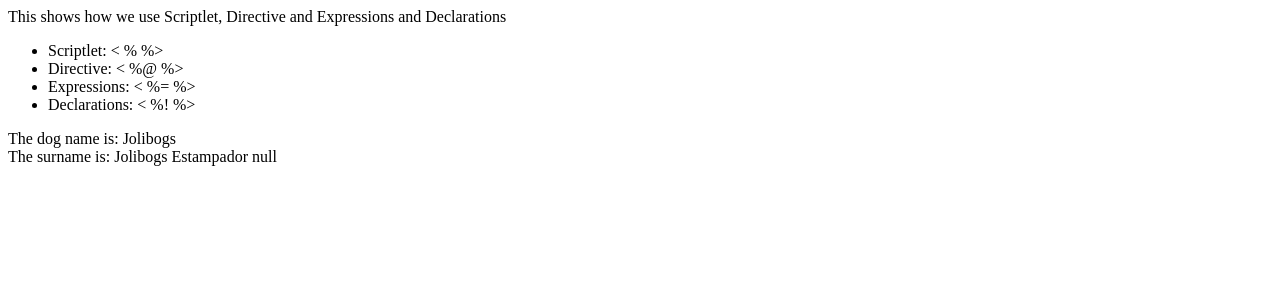
Repository: joliest/MyGits
Page: http://localhost/Basic_JSPs/scriptlet.jsp
These files come from the project's save history. The page is drawn as it stood at one moment and after a run of saves; the edit follows.
The browser window is 1280 px wide. The pictures show the whole page.
The page is served by Tomcat 9.

Above is the page before, as saved 2018-02-28 14:16:24.

After the next 2 saves:
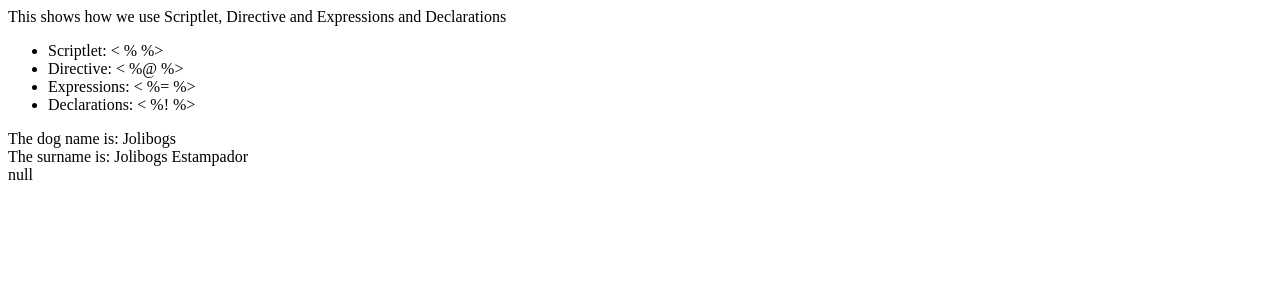
The 2 saves are shown as one change because 1 did not build or start.
The last was saved 117 s later.
--- a/Java/JSP Examples/Basic JSPs/WebContent/scriptlet.jsp
+++ b/Java/JSP Examples/Basic JSPs/WebContent/scriptlet.jsp
@@ -22,7 +22,9 @@
    The surname is:
    <%= setDogSurname(dog.getName(), dog) %>
 
-   <%= pageContext.getServletConfig().getInitParameter("email") %>
+   <br>
+
+   <%= application.getInitParameter("email")  %>
 
    <!-- Using declaration -->
    <%! public String setDogSurname(String name, Dog dog) {
